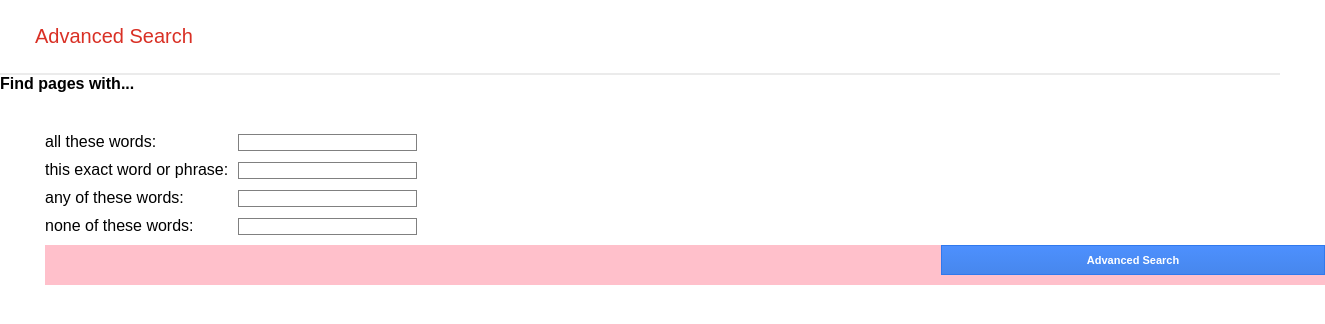
Repository: etentuk/search
Page: advanced_search.html
These files come from the project's save history. The page is drawn as it stood at one moment and after the next save; the edit follows.
The browser window is 1280 px wide. The page is 1325 px wide, so the pictures cover 1325 px, including what lies to the right of the window. The pictures show the whole page.

Above is the page before, as saved 2021-11-05 00:22:39.

### advanced_search.html
<!DOCTYPE html>
<html lang="en">

<head>
    <title>Advanced Search</title>
    <link rel="stylesheet" href="styles.css">
</head>

<body>
    <div id="title">
        Advanced Search
    </div>
    <hr class="solid" style="border:1px solid #ebebeb;">
    <h4>Find pages with...</h4>
    <div id="form">
        <form action="https://google.com/search" class="form-example">
            <div style="display: table-row;">
                <div class="form-example">
                    <label for="as_q">all these words: </label>
                    <input type="text" id="as_q" name="as_q">
                </div>
                <div class="form-example">
                    <label for="as_epq">this exact word or phrase: </label>
                    <input type="text" id="as_epq" name="as_epq">
                </div>
                <div class="form-example">
                    <label for="as_oq">any of these words: </label>
                    <input type="text" id="as_oq" name="as_oq">
                </div>
                <div class="form-example">
                    <label for="as_eq">none of these words: </label>
                    <input type="text" id="as_eq" name="as_eq">
                </div>
                <div id="submit">
                    <input type="submit" value="Advanced Search">
                </div>
        </form>
    </div>
</body>

</html>

### styles.css
* {
  margin: 0;
  padding: 0;
  box-sizing: border-box;
  font-family: Arial, sans-serif;
}

form.form-example {
  display: table;
}

div.form-example {
  display: table-row;
}

label,
input {
  display: table-cell;
  margin-bottom: 10px;
}

label {
  padding-right: 10px;
}

#title {
  color: #d93025;
  font-size: 20px;
  margin: 25px 35px;
}

#container {
  font-family: Arial, Helvetica, sans-serif;
  min-height: 100vh;
  padding: 60px;
}

#container .horizontalLine {
  padding: 0;
  margin: 0;
}

#container h4 {
  padding: 3rem 0 1rem 0;
  /* color: #fff; */
}

#form {
  /* max-width: 1140px; */
  min-width: 100%;
  width: 96%;
  margin: 40px 45px;
}

.form-example {
  width: 100%;
  display: block;
  clear: both;
}

.form-example input {
  /* background-color: rgba(0, 0, 0, 0.8);
  width: 100%;
  border-radius: 2px; */
  border: 1px solid grey;
}

#submit {
  text-align: right;
  background-color: pink;
  width: 100%;
}

#submit input {
  border: 1px solid #3079ed;
  box-shadow: none;
  font-size: 11px;
  font-weight: bold;
  color: #fff;
  padding: 8px 12px;
  width: 30%;
  background-color: #4d90fe;
  background-image: -webkit-linear-gradient(top, #4d90fe, #4787ed);
}

After the next save:
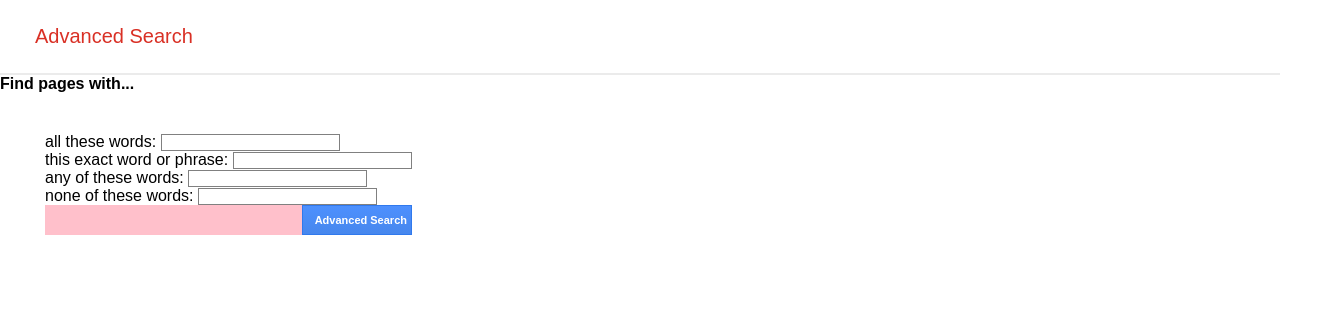
Saved 55 s later.
--- a/styles.css
+++ b/styles.css
@@ -5,23 +5,6 @@
   font-family: Arial, sans-serif;
 }
 
-form.form-example {
-  display: table;
-}
-
-div.form-example {
-  display: table-row;
-}
-
-label,
-input {
-  display: table-cell;
-  margin-bottom: 10px;
-}
-
-label {
-  padding-right: 10px;
-}
 
 #title {
   color: #d93025;
